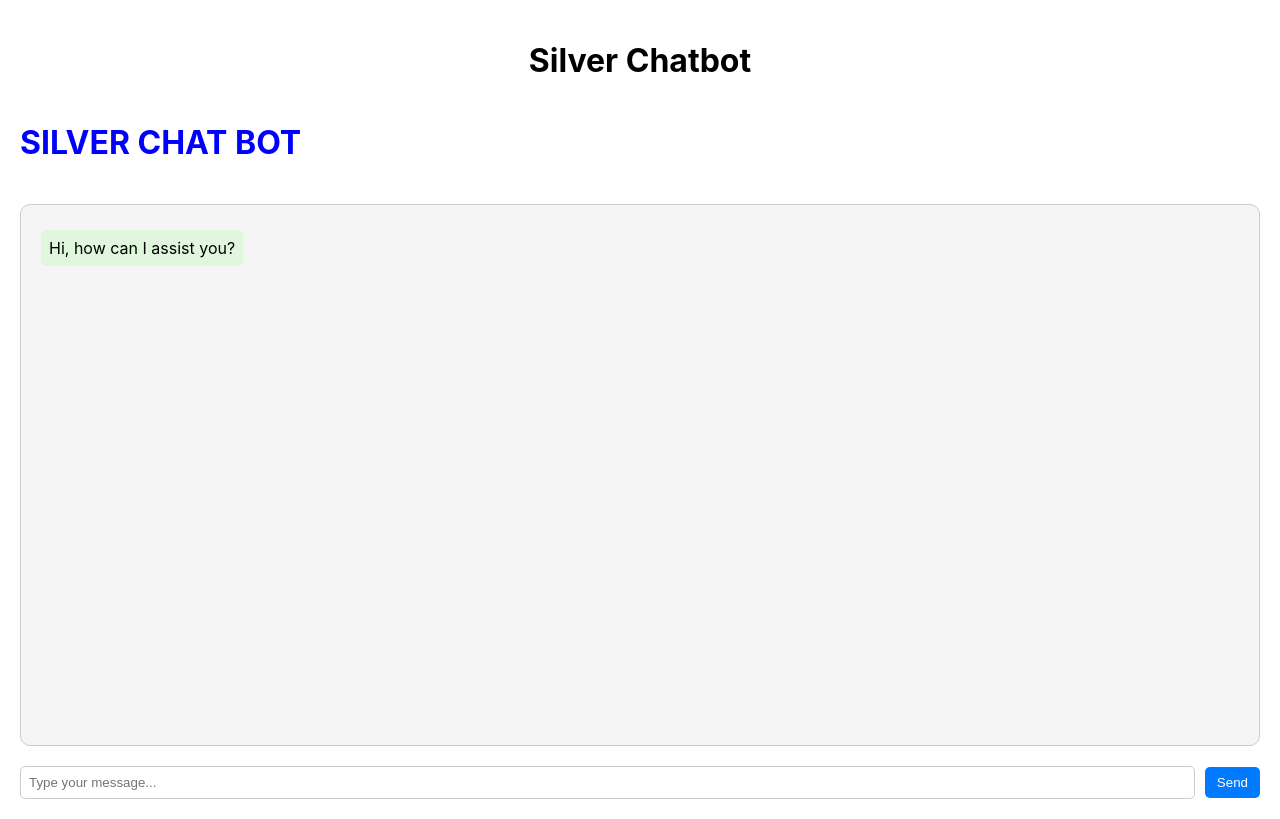
Repository: Rishabh-patidar/Chatbot-Final
Page: / (app in chatbot-ui/)
The author's editor kept a copy of each file at every save. The page is drawn from the files as they stood at one save, then again after the next save.
The browser window is 1280 px wide. The pictures show the whole page.
The project was rebuilt for these pictures with package versions that can differ from the ones it lists, and the page was loaded fresh each time.

Above is the page before, as saved 2023-08-09 10:10:28.

### chatbot-ui/src/App.js
import React, { useState, useEffect } from 'react';
import './App.css';

function App() {
  const [inputText, setInputText] = useState('');
  const [chatHistory, setChatHistory] = useState([
    { text: 'Hi, how can I assist you?', isUser: false },
  ]);

  const handleInputChange = (e) => {
    setInputText(e.target.value);
  };

  const handleSend = async () => {
    if (inputText.trim() === '') return;

    // Adding user message to chat history
    setChatHistory((prevHistory) => [
      ...prevHistory,
      { text: inputText, isUser: true },
      { text: 'Bot response goes here...', isUser: false },
    ]);

    // Sending user input to the FastAPI backend
    try {
      const response = await fetch('http://localhost:8000/process_input/', {
        method: 'POST',
        headers: {
          'Content-Type': 'application/json',
        },
        body: JSON.stringify({ text: inputText }),
      });

      if (response.ok) {
        const data = await response.json();
        // Adding bot response to chat history
        setChatHistory((prevHistory) => [
          ...prevHistory,
          { text: data.response, isUser: false },
        ]);
      }
    } catch (error) {
      console.error('Error:', error);
    }

    setInputText('');
  };

  return (
    <div className="App">
      <h1>Silver Chatbot</h1>
      <div
        className="header"
        style={{
          display: 'flex',
          alignItems: 'center',
          marginBottom: '20px',
        }}
      >
        {/* <img
          src={ChatbotLogo}
          alt="Chatbot Logo"
          style={{
            width: '100px',
            height: '100px',
            objectFit: 'contain',
            marginRight: '10px',
          }}
        /> */}
        <h1
          className="chatbot-heading"
          style={{
            fontSize: '32px',
            color:'blue',


          }}
        >
          SILVER CHAT BOT
        </h1>
      </div>
      <div className="chat-container">
        {chatHistory.map((message, index) => (
          <div
            key={index}
            className={`message ${message.isUser ? 'user' : 'bot'}`}
          >
            {message.text}
          </div>
        ))}
      </div>
      <div className="input-container">
        <input
          type="text"
          value={inputText}
          onChange={handleInputChange}
          placeholder="Type your message..."
        />
        <button onClick={handleSend}>Send</button>
      </div>
    </div>
  );
}

export default App;

### chatbot-ui/src/App.css
/* App.css */

.App {
  text-align: center;
  padding: 20px;
}

.chat-container {
  display: flex;
  flex-direction: column;
  align-items: flex-start;
  padding: 20px;
  background-color: #f5f5f5;
  border: 1px solid #ccc;
  border-radius: 10px;
  height: 500px;
  overflow-y: auto;
}

.message {
  margin: 5px 0;
  padding: 8px;
  border-radius: 5px;
  max-width: 70%;
}

.user {
  align-self: flex-end;
  background-color: #d0eaff;
}

.bot {
  align-self: flex-start;
  background-color: #e0f7de;
  display: inline-block;
  padding: 8px;
  border-radius: 5px;
  max-width: 70%;
}


/* Additional rule to remove the green dot */
.bot::before {
  content: none !important;
}

.input-container {
  margin-top: 20px;
  display: flex;
  justify-content: center;
  align-items: center;
}

input {
  flex: 1;
  padding: 8px;
  border: 1px solid #ccc;
  border-radius: 5px;
}

button {
  margin-left: 10px;
  padding: 8px 12px;
  background-color: #007bff;
  color: white;
  border: none;
  border-radius: 5px;
  cursor: pointer;
}

button:hover {
  background-color: #0056b3;
}

Loaded but not shown: chatbot-ui/public/index.html (common file); chatbot-ui/src/index.js (common file); chatbot-ui/src/index.css (common file); chatbot-ui/src/reportWebVitals.js (common file)

After the next save:
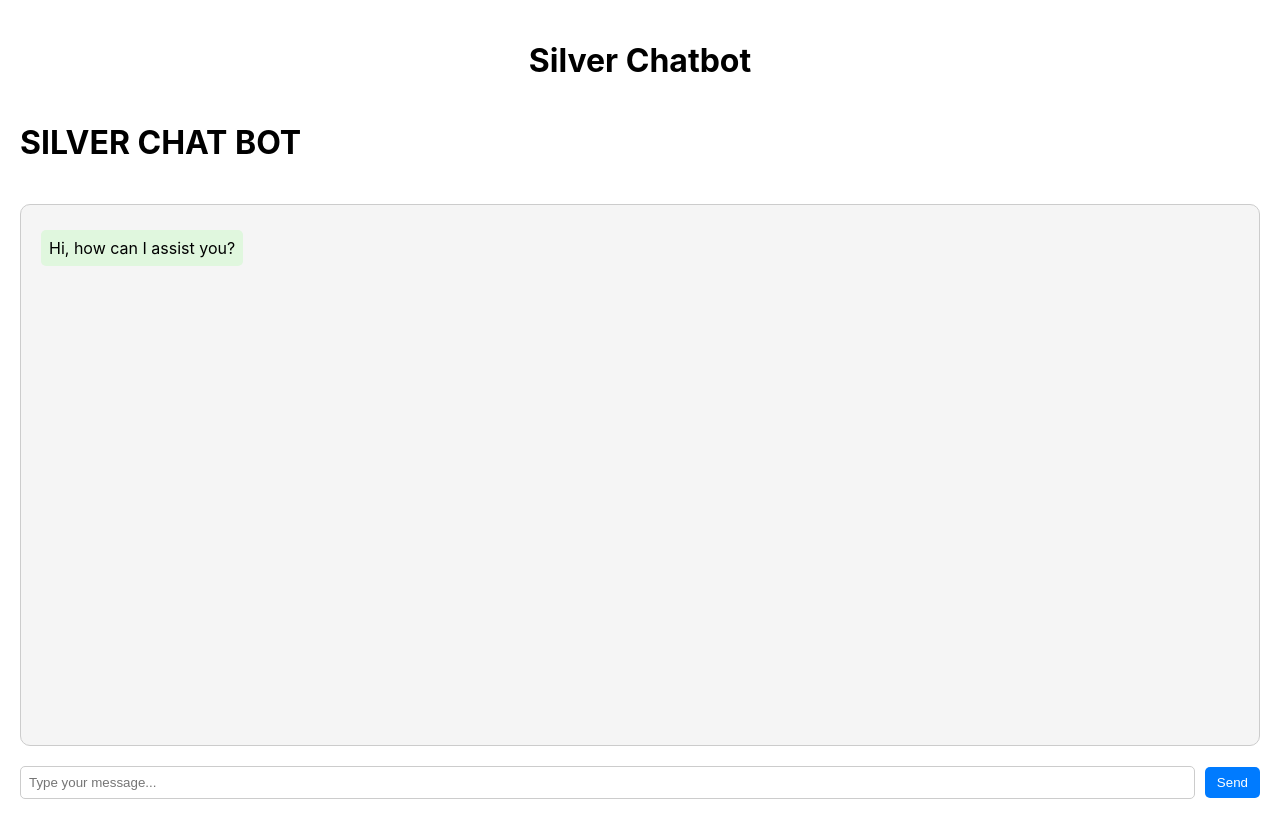
Saved 22 s later.
--- a/chatbot-ui/src/App.js
+++ b/chatbot-ui/src/App.js
@@ -71,7 +71,7 @@ function App() {
           className="chatbot-heading"
           style={{
             fontSize: '32px',
-            color:'blue',
+            color:'black',
 
 
           }}
